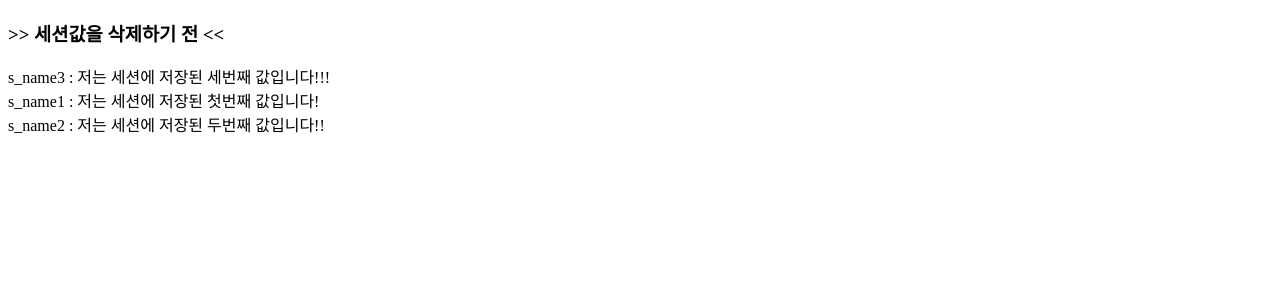
Repository: itrecipe/Web_ez
Page: http://localhost/jspCh05/09_invalidate.jsp
The author's editor kept a copy of each file at every save. The page is drawn from the files as they stood at one save, then again after the next save.
The browser window is 1280 px wide. The pictures show the whole page.
The page is served by Tomcat 9.

Above is the page before, as saved 2023-03-31 04:06:20.

After the next save:
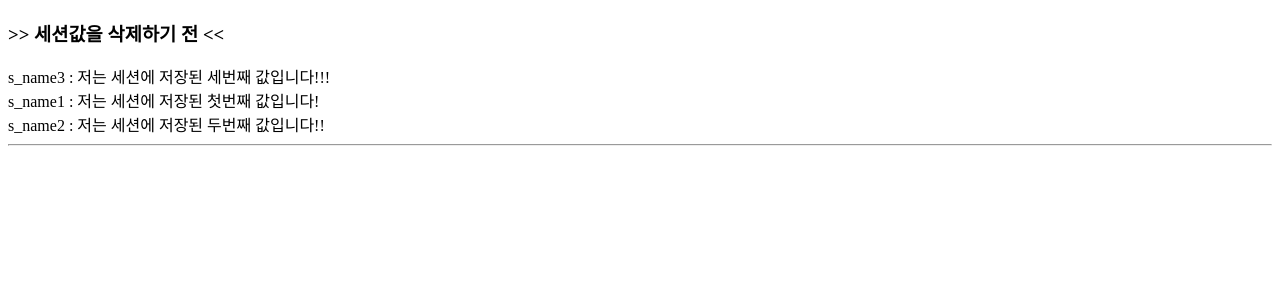
Saved 29 s later.
--- a/jspCh05/src/main/webapp/09_invalidate.jsp
+++ b/jspCh05/src/main/webapp/09_invalidate.jsp
@@ -22,6 +22,7 @@
 	}
 
 	session.invalidate(); //세션 완전 제거
+	out.println("<hr/><h3>");
 
 %>
 </body>
